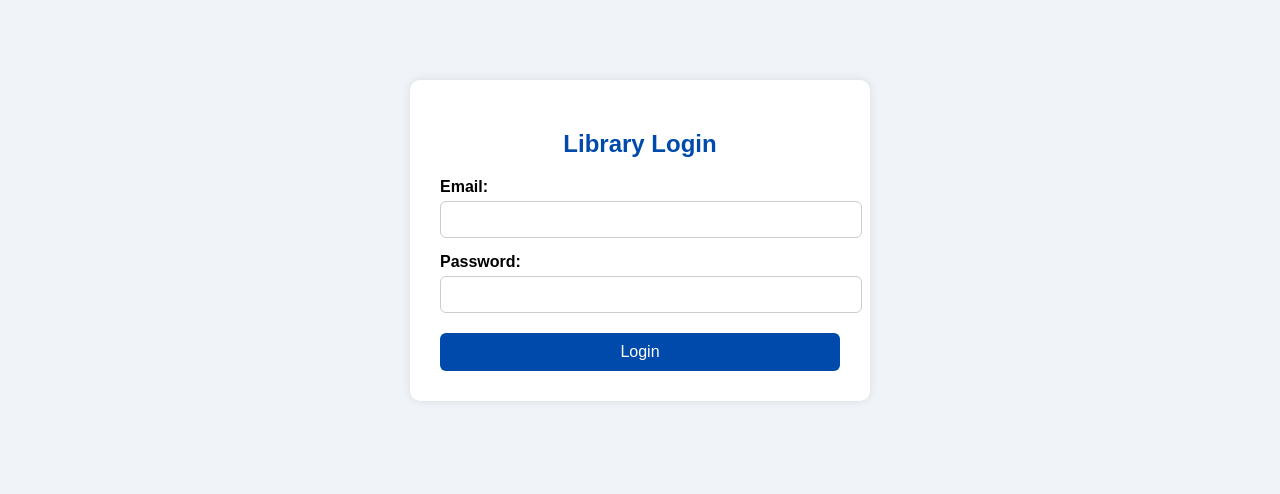
Repository: subhashadhikari057/LibraryManagementSystem
Page: http://localhost/LibraryReservationSystem/jsp/login.jsp
An editor plug-in stored every save of this project. The page is shown before and after the next save, followed by the edit.
The browser window is 1280 px wide. The pictures show the whole page.
The page is served by Tomcat 9. Nobody is signed in. The application's start-up code is not run.

Above is the page before, as saved 2025-05-07 18:13:59.

After the next save:
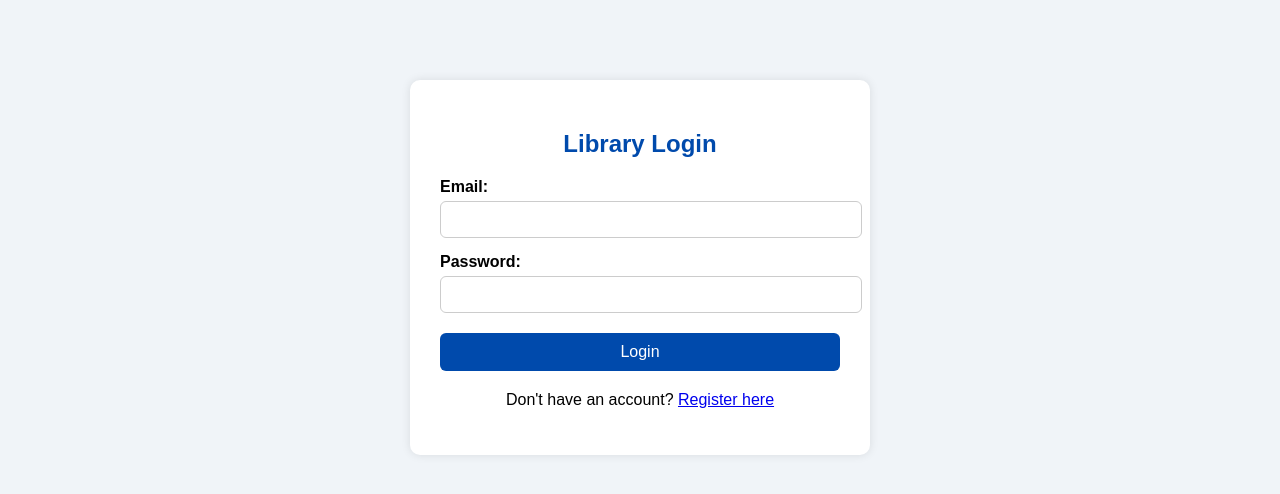
Saved 6 min 40 s later.
--- a/LibraryReservationSystem/src/main/webapp/jsp/login.jsp
+++ b/LibraryReservationSystem/src/main/webapp/jsp/login.jsp
@@ -69,6 +69,10 @@
 
             <button type="submit">Login</button>
         </form>
+        <p style="text-align:center; margin-top: 20px;">
+    Don't have an account?
+    <a href="register.jsp">Register here</a>
+</p>
         <%
             String error = request.getParameter("error");
             if (error != null) {
